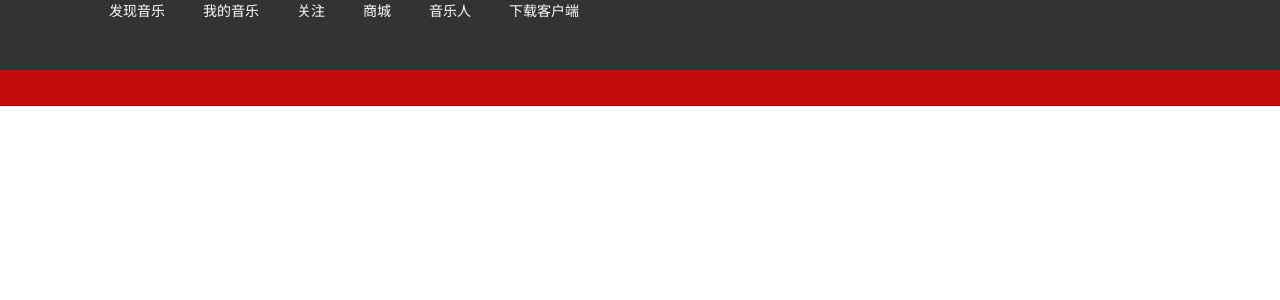
Repository: xtcgjk/-
Page: /
An editor plug-in stored every save of this project. The page is shown before and after the next save, followed by the edit.
The browser window is 1280 px wide. The pictures show the whole page.
The project was rebuilt for these pictures with package versions that can differ from the ones it lists, and the page was loaded fresh each time.

Above is the page before, as saved 2022-02-23 15:52:57.

After the next save:
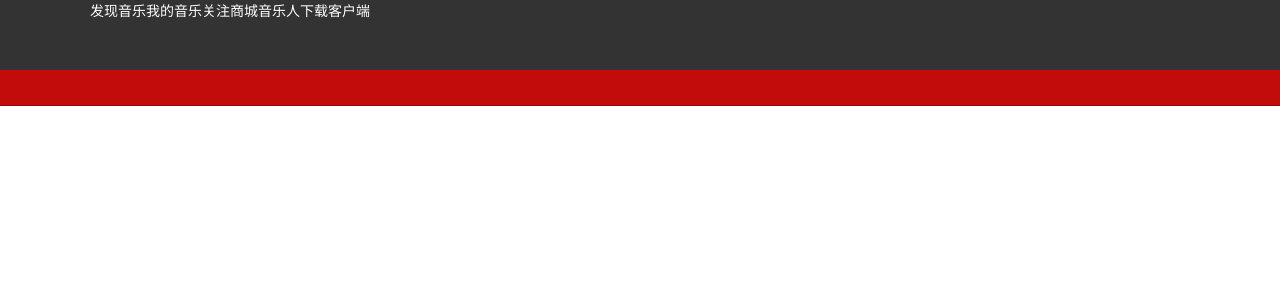
Saved 4 min 22 s later.
--- a/src/components/header/index.vue
+++ b/src/components/header/index.vue
@@ -34,6 +34,5 @@ a {
   color: white;
   font-style: normal;
   font-size: 14px;
-  padding: 19px;
 }
 </style>
